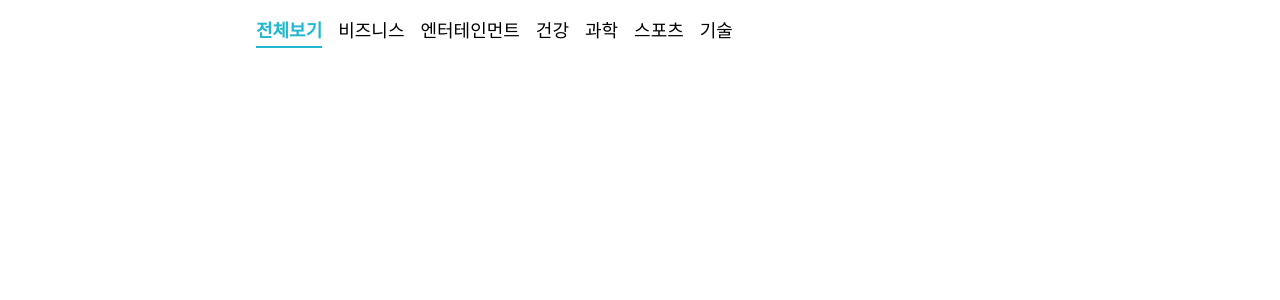
Repository: parkhyeonki/news-viewer
Page: /
An editor plug-in stored every save of this project. The page is shown before and after the next save, followed by the edit.
The browser window is 1280 px wide. The pictures show the whole page.
The page's requests for data from a server got no answer. The project was rebuilt for these pictures with package versions that can differ from the ones it lists, and the page was loaded fresh each time. No one was signed in, and anything a server would have sent is missing. Also part of the build but not shown: src/App.css, src/components/NewsItem/NewsItem.js.

Above is the page before, as saved 2022-05-19 17:08:55.

### src/App.js
import { useCallback, useState } from 'react';
import './App.css';
import Categories from './components/Categories/Categories';
import NewsList from './components/NewsList/NewsList';

function App() {
  const [category, setCategory] = useState('all');
  const onSelect = useCallback((category) => setCategory(category), []);
  return (
    <>
      <Categories category={category} onSelect={onSelect} />
      <NewsList category={category} />
    </>
  );
}

export default App;

### src/components/Categories/Categories.js
import React from 'react';
import styled, { css } from 'styled-components';
const categories = [
  {
    name: 'all',
    text: '전체보기',
  },
  {
    name: 'business',
    text: '비즈니스',
  },
  {
    name: 'entertainment',
    text: '엔터테인먼트',
  },
  {
    name: 'health',
    text: '건강',
  },
  {
    name: 'science',
    text: '과학',
  },
  {
    name: 'sports',
    text: '스포츠',
  },
  {
    name: 'technology',
    text: '기술',
  },
];

const CategoriesBlock = styled.div`
  display: flex;
  width: 768px;
  margin: 0 auto;
  padding: 1rem;
  @media screen and (max-width: 768px) {
    width: 100%;
    overflow-x: auto;
  }
`;

const Category = styled.div`
  font-size: 1.125rem;
  cursor: pointer;
  white-space: pre;
  text-decoration: none;
  color: inherit;
  padding-bottom: 0.25rem;

  &:hover {
    color: #495057;
  }

  ${(props) =>
    props.active &&
    css`
      font-weight: 600;
      border-bottom: 2px solid #22b8cf;
      color: #22b8cf;
      &:hover {
        color: #3bc9db;
      }
    `}

  & + & {
    margin-left: 1rem;
  }
`;

const Categories = ({ onSelect, category }) => {
  return (
    <CategoriesBlock>
      {categories.map((c) => (
        <Category
          key={c.name}
          active={category === c.name}
          onClick={() => onSelect(c.name)}
        >
          {c.text}
        </Category>
      ))}
    </CategoriesBlock>
  );
};

export default Categories;

### src/components/NewsList/NewsList.js
import axios from 'axios';
import React, { useEffect, useState } from 'react';
import styled from 'styled-components';
import NewsItem from '../NewsItem/NewsItem';
const NewsListBlock = styled.div`
  box-sizing: border-box;
  padding-bottom: 3rem;
  width: 768px;
  margin: 0 auto;
  margin-top: 2rem;
  @media screen and (max-width: 768px) {
    width: 100%;
    padding-left: 1rem;
    padding-right: 1rem;
  }
`;
const NewsList = ({ category }) => {
  const [articles, setArticles] = useState(null);
  const [loading, setLoading] = useState(false);

  useEffect(() => {
    const fetchData = async () => {
      setLoading(true);
      try {
        const query = category === 'all' ? '' : `&category=${category}`;
        const response = await axios.get(
          `https://newsapi.org/v2/top-headlines?country=kr${query}&apiKey=05f1b59ba99c4b2cb7579cb88e16cfcd`,
        );
        setArticles(response.data.articles);
      } catch (e) {
        console.log(e);
      }
      setLoading(false);
    };
    fetchData();
  }, [category]);

  if (loading) {
    return <NewsListBlock>loading...</NewsListBlock>;
  }

  if (!articles) {
    return null;
  }
  return (
    <NewsListBlock>
      {articles.map((article) => (
        <NewsItem key={article.url} article={article} />
      ))}
    </NewsListBlock>
  );
};

export default NewsList;

### src/pages/NewPage.js
import React from 'react';
import { useParams } from 'react-router-dom';
import Categories from '../components/Categories/Categories';
import NewsList from '../components/NewsList/NewsList';

const NewPage = () => {
  const params = useParams();

  const category = params.category || 'all';
  return (
    <>
      <Categories />
      <NewsList category={category} />
    </>
  );
};

export default NewPage;

Loaded but not shown: public/index.html (common file); src/index.js (common file); src/index.css (common file); src/reportWebVitals.js (common file)

After the next save:
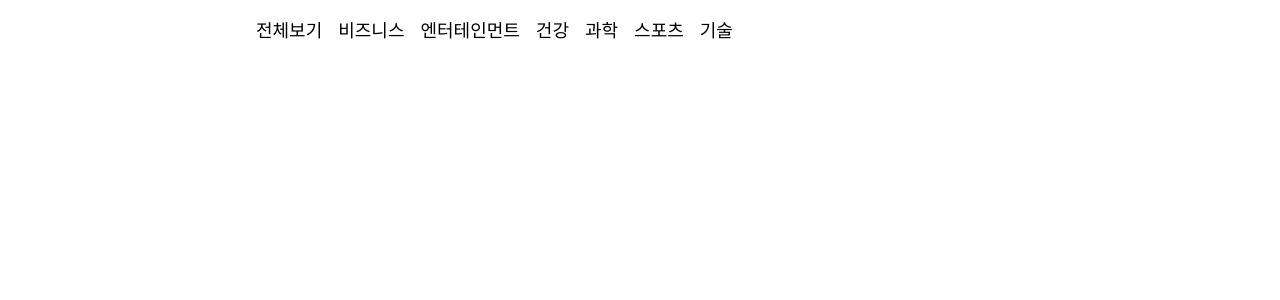
Saved 70 s later.
--- a/src/App.js
+++ b/src/App.js
@@ -1,16 +1,18 @@
 import { useCallback, useState } from 'react';
+import { Route, Routes } from 'react-router-dom';
 import './App.css';
 import Categories from './components/Categories/Categories';
 import NewsList from './components/NewsList/NewsList';
+import NewPage from './pages/NewPage';
 
 function App() {
   const [category, setCategory] = useState('all');
   const onSelect = useCallback((category) => setCategory(category), []);
   return (
-    <>
-      <Categories category={category} onSelect={onSelect} />
-      <NewsList category={category} />
-    </>
+    <Routes>
+      <Route path="/" element={<NewPage />} />
+      <Route path="/:category" element={<NewPage />} />
+    </Routes>
   );
 }
 
